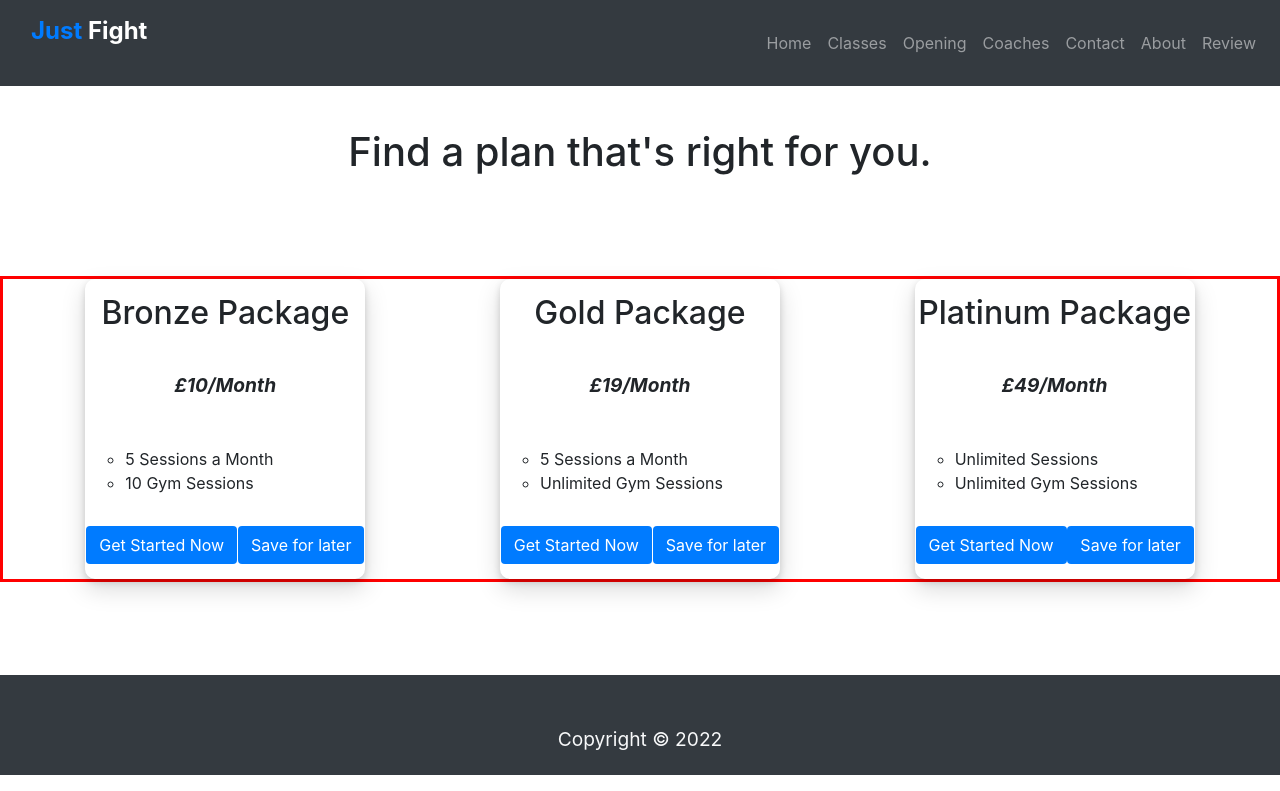
Repository: IonPara/Just-Fight
Page: plans.html
The author's editor kept a copy of each file at every save. The page is drawn from the files as they stood at one save, then again after the next save.
The browser window is 1280 px wide. The pictures show the whole page.
Some web libraries are served in a nearby version.

Above is the page before, as saved 2023-03-13 16:33:13.

### plans.html
<!DOCTYPE html>
<html lang="en">

<head>
  <meta charset="utf-8">
  <meta name="viewport" content="width=device-width, initial-scale=1.0">
  <title>Join Club</title>
  <link href="./Styles/plans.css" rel="stylesheet" type="text/css">
  <!-- Bootstrap link -->
  <link rel="stylesheet" href="https://cdn.jsdelivr.net/npm/bootstrap@4.2.1/dist/css/bootstrap.min.css"
    integrity="sha384-GJzZqFGwb1QTTN6wy59ffF1BuGJpLSa9DkKMp0DgiMDm4iYMj70gZWKYbI706tWS" crossorigin="anonymous">
</head>

<body>
  <header>
    <!-- ------------Nav bar ------------------------>
    <nav class="navbar navbar-expand-lg navbar-dark bg-dark fixed-top">
      <div class="container pb-4">
        <a class="navbar-brand " id="brand" href="./index.html"><span class="text-primary">Just </span> Fight</a>
        <button class="navbar-toggler" type="button" data-toggle="collapse" data-target="#navbarSupportedContent"
          aria-controls="navbarSupportedContent" aria-expanded="false" aria-label="Toggle navigation">
          <span class="navbar-toggler-icon"></span>
        </button>
      </div>

      <div class="collapse navbar-collapse" id="navbarSupportedContent">
        <ul class="navbar-nav justify-content-end">
          <li class="nav-item">
            <a class="nav-link" href="./index.html">Home</a>
          </li>
          <li class="nav-item">
            <a class="nav-link" href="./index.html#ourClasses">Classes</a>
          </li>
          <li class="nav-item">
            <a class="nav-link" href="./index.html#openingHours">Opening</a>
          </li>
          <li class="nav-item">
            <a class="nav-link" href="./index.html#coaches">Coaches</a>
          </li>
          <li class="nav-item">
            <a class="nav-link" href="./index.html#contact">Contact</a>
          </li>
          <li class="nav-item">
            <a class="nav-link" href="./about.html">About</a>
          </li>
          <li class="nav-item">
            <a class="nav-link" href="./review.html">Review</a>
          </li>

        </ul>
      </div>
    </nav>
  </header>

  <!-- Plans -->
  <section class="pricing-table">
    <div class="head text-center">
      <h1 class="plans-title pt-5">Find a plan that's right for you.</h1>
    </div>
    <!-- First Box -->
    <div class="mt-5">
      <ul class="container plans">
        <li class="package">
          <h2 class="table-header">Bronze Package</h2>
          <p class="pricing text-center">£10/Month</p>
          <ul class="table-option">
            <li>5 Sessions a Month</li>
            <li>10 Gym Sessions</li>
          </ul>

          <div class="d-flex buttons-container">
            <button type="button" class="btn  bg-primary text-white">Get Started Now</button>
            <button type="button" class="bronze btn bg-primary text-white save-for-later">Save for later</button>
          </div>
        </li>

        <!-- Second -->
        <li class="package ">
          <h2 class="table-header">Gold Package</h2>
          <p class="pricing text-center">£19/Month</p>
          <ul class="table-option">
            <li>5 Sessions a Month</li>
            <li>Unlimited Gym Sessions</li>
          </ul>

          <div class="d-flex buttons-container">
            <button type="button" class=" btn  bg-primary text-white">Get Started Now</button>
            <button type="button" class=" gold btn bg-primary text-white save-for-later">Save for later</button>
          </div>
        </li>

        <!-- Third Box -->
        <li class="package ">
          <h2 class="table-header">Platinum Package</h2>
          <p class="pricing text-center">£49/Month</p>
          <ul class="options">
            <li>Unlimited Sessions</li>
            <li>Unlimited Gym Sessions</li>
          </ul>

          <div class="d-flex buttons-container">
            <button type="button" class="btn  bg-primary text-white">Get Started Now</button>
            <button type="button" class=" platinum btn bg-primary text-white save-for-later">Save for later</button>
          </div>
        </li>

      </ul>
    </div>
  </section>
  <!-- Footer -->
  <footer class="bg-dark text-center text-light mt-5">
    <p>Copyright &copy; 2022</p>
  </footer>
  <script defer src="./Js/plans.js"></script>
  <script src="https://code.jquery.com/jquery-3.3.1.slim.min.js"
    integrity="sha384-q8i/X+965DzO0rT7abK41JStQIAqVgRVzpbzo5smXKp4YfRvH+8abtTE1Pi6jizo"
    crossorigin="anonymous"></script>
  <script src="https://cdn.jsdelivr.net/npm/popper.js@1.14.6/dist/umd/popper.min.js"
    integrity="sha384-wHAiFfRlMFy6i5SRaxvfOCifBUQy1xHdJ/yoi7FRNXMRBu5WHdZYu1hA6ZOblgut"
    crossorigin="anonymous"></script>
  <script src="https://cdn.jsdelivr.net/npm/bootstrap@4.2.1/dist/js/bootstrap.min.js"
    integrity="sha384-B0UglyR+jN6CkvvICOB2joaf5I4l3gm9GU6Hc1og6Ls7i6U/mkkaduKaBhlAXv9k"
    crossorigin="anonymous"></script>
  <script src="https://unpkg.com/swup@latest/dist/swup.min.js"></script>
</body>

</html>

### Styles/plans.css

#brand {
  font-size: 1.5rem;
  font-weight: bolder;
}

.container {
  display: flex;
  justify-content: space-around;
  list-style: none;
}

.plans {
  margin-top: 100px;
  min-width: 100%;
  flex-wrap: wrap;
  border: solid red;
}

 .pricing-table {
  margin-top: 5rem;
  height: 76vh;
}

/* ------------Package boxes ----------------*/
.package {
  box-shadow: 0 10px 25px 0 rgb(0 0 0 / 15%), 0 3px 7px 0 rgb(0 0 0 / 15%);
  width: 280px;
  height: 300px;
  display: flex;
  flex-direction: column;
  justify-content: space-around;
  border-radius: 10px;

}

h2 {
  text-align: center;
}

.package .pricing {
  font-size: larger;
  font-weight: bold;
  font-style: italic;
}

.package:hover {
  -webkit-transform: scale(0.5);
   transform: scale(1.05);
}

/*----------------- Footer---------------------- */
footer p {
  position: relative;
  padding: 50px;
  font-size: larger;
  height: 100px;
}

.buttons-container {
  justify-content: space-evenly;
}

/* Media Screen */
@media screen and (max-width:768px) {

  .plans-title {
    font-size: 2rem;
  }
  .container {
    display: block;
  }

  .package {
    margin-top: 10px;
    width: 100%;
    height: 200px;
  }

  .pricing-table {
    height: 90vh;
  }
}

### Js/plans.js

// Select all of the buttons
const saveBtn = document.querySelectorAll('.save-for-later');

let bronze = true;
let gold = true;
let platinum = true;

// Create an event listener for each button
saveBtn.forEach(element => {
    element.addEventListener('click', (event) => {
        const package = event.target.classList[0];

        // Create a function that will set the items from the local storage to true
            // It will take 2 arguments "string" and "item"
            // If the first class name of the event's target is equal "string"
            // Find it on localStorage and set equal to "item"
        const setItems = (string, item) => {
            if(package === string) {
                localStorage.setItem(package, JSON.stringify(item))
            }
        }

        // Called the function with all 3 values
        setItems('bronze', bronze);
        setItems('gold', gold);
        setItems('platinum', platinum);

        // Create an alert that the package was successfully added
        alert('The package was successfully saved!')
    })
});

After the next save:
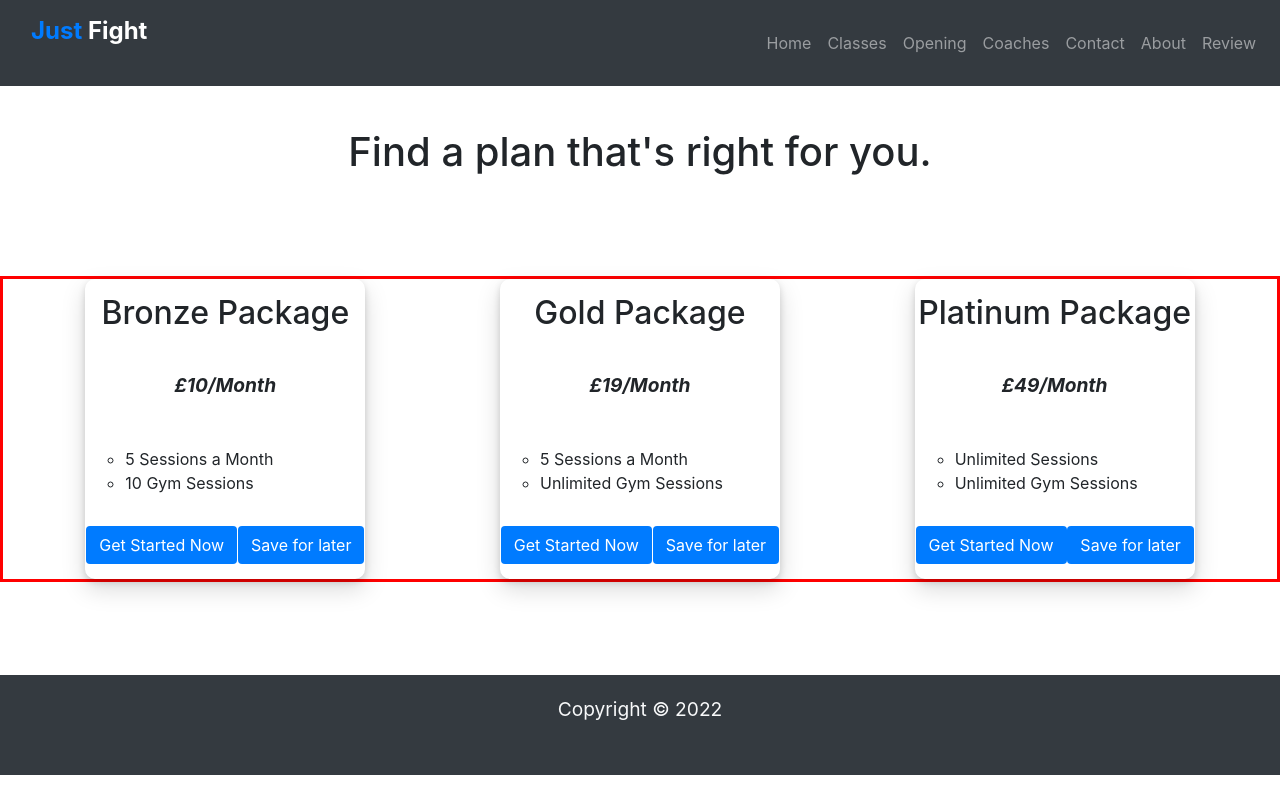
Saved 13 s later.
--- a/Styles/plans.css
+++ b/Styles/plans.css
@@ -52,7 +52,7 @@ h2 {
 /*----------------- Footer---------------------- */
 footer p {
   position: relative;
-  padding: 50px;
+  padding: 20px;
   font-size: larger;
   height: 100px;
 }
